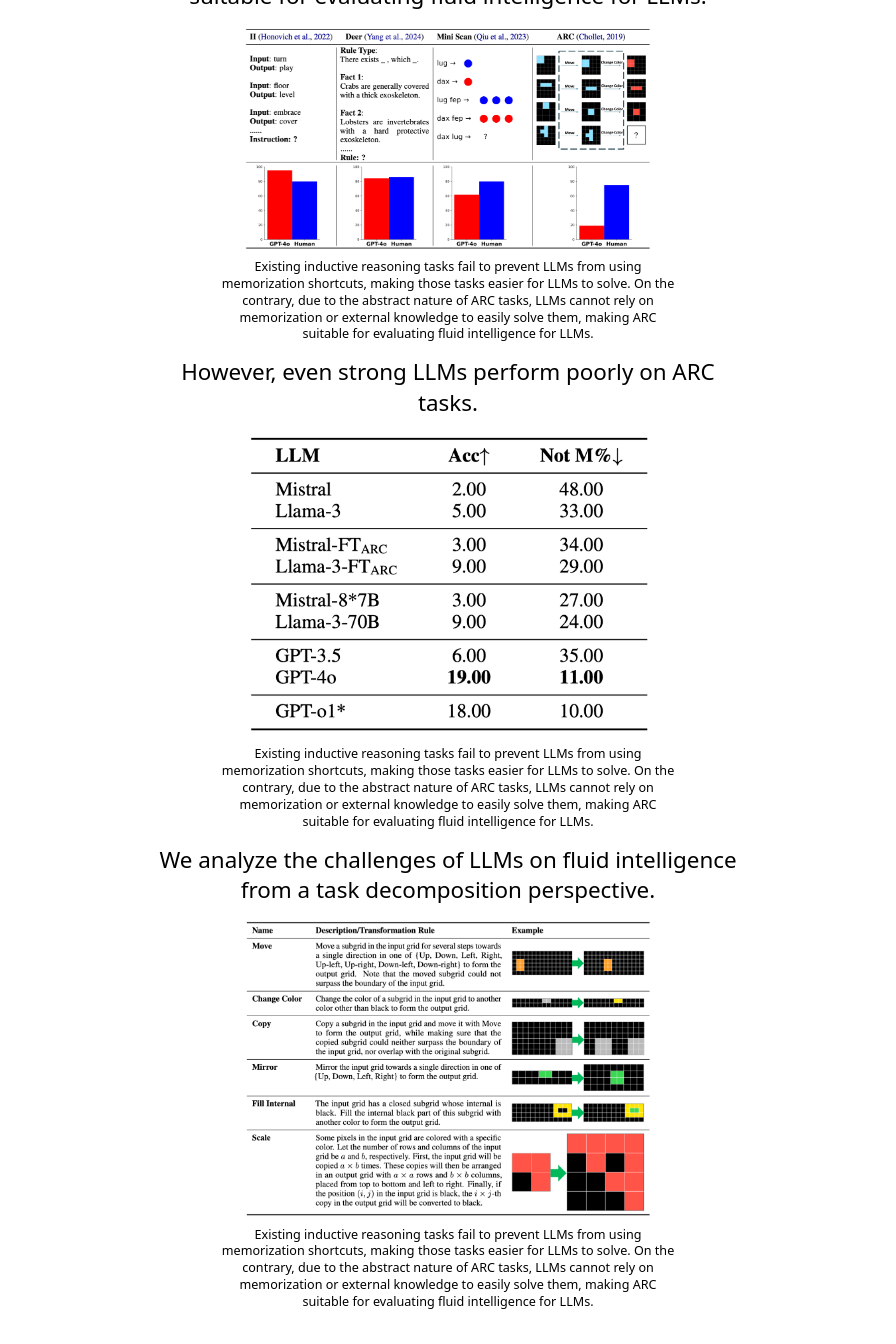
Repository: wujunjie1998/araoc-benchmark.github.io
Page: index.html
An editor plug-in stored every save of this project. The page is shown before and after the next save, followed by the edit.
The browser window is 1280 px wide. The pictures show the part of the page from y = 769 to 2689 px (the page is 2689 px tall before and 2641 px after), at 70% of full size.

Above is the page before, as saved 2025-02-07 22:17:46.

### index.html
<html>
  <head>
    <title>
      Understanding LLMs’ Fluid Intelligence Deficiency: An Analysis of the ARC Task
    </title>
    <link
      rel="icon"
      href="data:[embedded picture, 137 characters]"
    />
    <meta charset="UTF-8" />
    <meta name="viewport" content="width=device-width, initial-scale=1" />
    <link rel="stylesheet" href="./css/index.css" />
  </head>

  <body>
    <div class="header">
      <div class="paper-title">
        Understanding LLMs’ Fluid Intelligence Deficiency:
        <br />
        An Analysis of the ARC Task
      </div>
      <div>
        <!-- * Paper -->
        <span class="link-block">
          <a target="_blank" href="./paper.pdf"
            ><img
              class="badge"
              src="https://img.shields.io/badge/Paper-PDF-red?&labelColor=lightgray&logo=arxiv&logoColor=brown" /><img
          /></a>
        </span>
        <!-- * Dataset -->
        <!--
        <span class="link-block">
          <a
            target="_blank"
            href="https://huggingface.co/datasets/ShunchiZhang/PhysiCo/"
            ><img
              class="badge"
              src="https://img.shields.io/badge/HuggingFace-Dataset-yellow?labelColor=lightgray&logo=huggingface" /><img
          /></a>
        </span>
        -->

        <!-- * Code -->
         <!--
        <span class="link-block">
          <a target="_blank" href="https://github.com/physico-benchmark/physico"
            ><img
              class="badge"
              src="https://img.shields.io/badge/GitHub-Code-gray?labelColor=lightgray&logo=github&logoColor=gray" /><img /></a
        ></span>
        -->
        <!-- * Leaderboard -->
        <!--
        <span class="link-block">
          <a href="./leaderboard.html"
            ><img
              class="badge"
              src="https://img.shields.io/badge/Leaderboard-Visit-blue?labelColor=lightgray&logo=stackblitz&logoColor=367BAF" /><img /></a
        ></span>
        -->
        <!-- * X Threads -->
        <!--
        <span class="link-block">
          <a href="https://x.com/jieeijjie/status/1876713099752861782"
            ><img
              class="badge"
              src="https://img.shields.io/badge/Threads-black?labelColor=lightgray&logo=x&logoColor=gray" /><img /></a
        ></span>
        -->

      </div>
      <div>
        <div class="author-list">
          <span class="author-block"
            ><a href="https://wujunjie1998.github.io/">Junjie Wu</a
            ><sup>1</sup></span
          >
          <span class="author-block"
            ><a href="https://sites.google.com/site/moyunlp/">Mo Yu</a
            ><sup>2</sup></span
          >
          <span class="author-block"
            ><a href="https://lemaoliu.github.io">Lemao Liu</a
            ><sup>2</sup></span
          >
          <span class="author-block"
            ><a href="https://sites.google.com/view/dyyeung">Dit-Yan Yeung</a
            ><sup>1</sup></span
          >
          <span class="author-block"
            ><a href="https://openreview.net/profile?id=~Jie_Zhou8">Jie Zhou</a
            ><sup>2</sup></span
          >
        </div>
        <div class="inst-list">
          <span class="institution-block"><sup>1</sup> Hong Kong University of Science and Technology</span>
          <span class="institution-block"><sup>2</sup> WeChat AI</span>
        </div>
      </div>
    </div>
    <!--
    <div class="teaser">
      <center>
        <img src="./img/teaser.png" />
        <figcaption>
          Illustration of a "Stochastic Parrot 🦜" by our
          <span class="dataset-name">PhysiCo</span> task consisting of both
          <b style="color: #a47b48">low-level</b> and
          <b style="color: #153cf9">high-level</b> subtasks in parallel. For a
          concept <i>Gravity</i>, an LLM can generate its accurate description
          in natural language, but cannot interpret its grid-format
          illustration.
        </figcaption>
      </center>
    </div>
  -->
    <hr />

    <!-- ^ Summary of Our Research -->
    <center><h1>Summary of Our Research</h1></center>
    <div class="content">
      <!-- <p style="font-size: large; text-align: center">
        <b>TL;DR:</b>
      </p> -->
      <p>
        While LLMs have exhibited strong performance on various NLP tasks, it is noteworthy that most of these tasks rely on utilizing the vast amount of knowledge encoded in LLMs’ parameters, rather than solving new problems without prior knowledge. In cognitive research, the latter ability is referred to as <strong>fluid intelligence</strong>, which is considered to be critical for assessing human intelligence. Recent research on fluid intelligence assessments has highlighted significant deficiencies in LLMs’ abilities. In this paper, we analyze the challenges LLMs face in demonstrating fluid intelligence through controlled experiments, using the most representative ARC task as an example. Our study revealed three major limitations in existing LLMs:
      </p>
      <ol>
        <li>limited ability for skill composition;</li>
        <li>
          unfamiliarity with abstract input formats;
        </li>
        <li>
          the intrinsic deficiency of left-to-right decoding.
        </li>
      </ol>
    </div>

    <!-- ^ Physical Concepts Covered by `PhysiCo` -->
     <!--
    <center>
      <h1>
        Physical Concepts Covered by <span class="dataset-name">PhysiCo</span>
      </h1>
    </center>
    <div class="content narrower">
      <p>
        <strong>Core-Dev Set.</strong>&ensp;<span style="font-size: smaller">
          <span style="color: darkgray">acceleration</span>
          <span style="color: gray">buoyancy</span>
          <span style="color: darkgray">communicating vessels</span>
          <span style="color: gray">compression</span>
          <span style="color: darkgray">cut</span>
          <span style="color: gray">diffraction of waves</span>
          <span style="color: darkgray">diffuse reflection of light</span>
          <span style="color: gray">diffusion</span>
          <span style="color: darkgray">electricity</span>
          <span style="color: gray">expansion</span>
          <span style="color: darkgray">gravity</span>
          <span style="color: gray">inertia</span>
          <span style="color: darkgray">laser</span>
          <span style="color: gray">lever</span>
          <span style="color: darkgray">light imaging</span>
          <span style="color: gray">move</span>
          <span style="color: darkgray">nuclear fission</span>
          <span style="color: gray">nuclear fusion</span>
          <span style="color: darkgray">reference frame</span>
          <span style="color: gray">reflection</span>
          <span style="color: darkgray">refraction</span>
          <span style="color: gray">repulsive force</span>
          <span style="color: darkgray"
            >spectrum of light and optical filters</span
          >
          <span style="color: gray">surface tension</span>
          <span style="color: darkgray">vortex</span>
          <span style="color: gray">wave</span>
          <span style="color: darkgray">wave interference</span></span
        >
      </p>
      <p>
        <strong>Core-Test Set.</strong>&ensp;<span style="font-size: smaller">
          <span style="color: darkgray">Bernoulli effect</span>
          <span style="color: gray">Brownian motion</span>
          <span style="color: darkgray">atmospheric pressure</span>
          <span style="color: gray">doppler effect</span>
          <span style="color: darkgray">elastic force</span>
          <span style="color: gray">electromagnetic wave</span>
          <span style="color: darkgray">energy conservation</span>
          <span style="color: gray">fictitious force</span>
          <span style="color: darkgray">fluid pressure</span>
          <span style="color: gray">force composition</span>
          <span style="color: darkgray">friction</span>
          <span style="color: gray">heat conduction</span>
          <span style="color: darkgray">inclined plane</span>
          <span style="color: gray">lifting</span>
          <span style="color: darkgray">lighting</span>
          <span style="color: gray">melting</span>
          <span style="color: darkgray">oscillation</span>
          <span style="color: gray">photoelectric effect</span>
          <span style="color: darkgray">pulley</span>
          <span style="color: gray">relativity</span>
          <span style="color: darkgray">resonance</span>
          <span style="color: gray">siphon</span>
          <span style="color: darkgray">splashing</span>
          <span style="color: gray">thermal expansion and contraction</span>
          <span style="color: darkgray">vaporization</span></span
        >
      </p>
      <p>
        <strong>Associative-Test Set.</strong>&ensp;<span
          style="font-size: smaller"
        >
          <span style="color: darkgray">change of reference frame</span>
          <span style="color: gray">chemical bond</span>
          <span style="color: darkgray">compression</span>
          <span style="color: gray">diffusion</span>
          <span style="color: darkgray">expansion</span>
          <span style="color: gray">explosion</span>
          <span style="color: darkgray">gravity</span>
          <span style="color: gray">laser</span>
          <span style="color: darkgray">long exposure</span>
          <span style="color: gray">lumination</span>
          <span style="color: darkgray">magnet</span>
          <span style="color: gray">mirror</span>
          <span style="color: darkgray">move</span>
          <span style="color: gray">nuclear fission</span>
          <span style="color: darkgray">nuclear fusion</span>
          <span style="color: gray">optical filter</span>
          <span style="color: darkgray">polarization of light</span>
          <span style="color: gray">projection</span>
          <span style="color: darkgray">reflection</span>
          <span style="color: gray">rotation</span>
          <span style="color: darkgray">squeeze</span>
          <span style="color: gray">vacuum</span>
          <span style="color: darkgray">vortex</span>
          <span style="color: gray">water ripples</span>
          <span style="color: darkgray">wave</span>
          <span style="color: gray">wave interference</span>
          <span style="color: darkgray">wetting</span>
          <span style="color: gray">zoom in</span>
          <span style="color: darkgray">zoom out</span></span
        >
      </p>
    </div>
  -->
    <!-- ^ Our Studies and Findings -->
    <center><h1>The Abstraction and Reasoning Challenge (ARC) is suitable for evaluating fluid intelligence for LLMs.</h1></center>
    <div class="content">
      <!-- <p>Foo Bar</p> -->
      <center>
        <img src="./img/fluid1.png" width="70%" />
        <figcaption style="text-align: center">
          Existing inductive reasoning tasks fail to prevent LLMs from using memorization shortcuts, making those tasks easier for LLMs to solve. On the contrary, due to the abstract nature of ARC tasks, LLMs cannot rely on memorization or external knowledge to easily solve them, making ARC suitable for evaluating fluid intelligence for LLMs.
        </figcaption>
      </center>
    </div>


    <!-- ^ Our Studies and Findings -->
    <center><h1>However, even strong LLMs perform poorly on ARC tasks.</h1></center>
    <div class="content">
      <!-- <p>Foo Bar</p> -->
      <center>
        <img src="./img/fluid2.png" width="70%" />
        <figcaption style="text-align: center">
          Existing inductive reasoning tasks fail to prevent LLMs from using memorization shortcuts, making those tasks easier for LLMs to solve. On the contrary, due to the abstract nature of ARC tasks, LLMs cannot rely on memorization or external knowledge to easily solve them, making ARC suitable for evaluating fluid intelligence for LLMs.
        </figcaption>
      </center>
    </div>

    <!-- ^ Our Studies and Findings -->
    <center><h1>We analyze the challenges of LLMs on fluid intelligence from a task decomposition perspective. </h1></center>
    <div class="content">
      <!-- <p>Foo Bar</p> -->
      <center>
        <img src="./img/fluid3.png" width="70%" />
        <figcaption style="text-align: center">
          Existing inductive reasoning tasks fail to prevent LLMs from using memorization shortcuts, making those tasks easier for LLMs to solve. On the contrary, due to the abstract nature of ARC tasks, LLMs cannot rely on memorization or external knowledge to easily solve them, making ARC suitable for evaluating fluid intelligence for LLMs.
        </figcaption>
      </center>
    </div>

  </body>
</html>

### css/index.css
@import url("https://fonts.googleapis.com/css2?family=Noto+Sans:ital,wght@0,100..900;1,100..900&display=swap");

body {
  font-family: "Noto Sans", sans-serif;
  font-optical-sizing: auto;
  font-style: normal;
  font-variation-settings: "wdth" 100;
  font-weight: 400;
  font-size: 18px;
  margin: 50px auto;
  width: 65%;
}

div.header,
div.teaser,
div.content {
  margin-left: auto;
  margin-right: auto;
}

div.narrower {
  width: 80% !important;
}

div.header div {
  margin: 6px;
  text-align: center;
}

div.teaser img {
  max-width: 60%;
}

.paper-title {
  font-size: 36px;
}

.author-block {
  font-size: 20px;
  margin: 0px 12px;
}

.institution-block {
  font-size: 16px;
  margin: 0px 10px;
}

.note-block {
  color: gray;
  font-size: 16px;
}

.link-block {
  font-size: 24px;
  font-weight: bold;
  margin: 0px 5px;
}

.badge {
  width: auto;
  height: 2vw;
}

.dataset-name {
  font-weight: bold;
  color: #81a526;
}

h1 {
  font-size: 32px;
  font-weight: 300;
}

.disclaimerbox {
  background-color: #eee;
  border: 1px solid #eeeeee;
  border-radius: 10px;
  -moz-border-radius: 10px;
  -webkit-border-radius: 10px;
  padding: 20px;
}

video.header-vid {
  height: 140px;
  border: 1px solid black;
  border-radius: 10px;
  -moz-border-radius: 10px;
  -webkit-border-radius: 10px;
}

figcaption {
  margin: 10px 0px;
  width: 80%;
  text-align: left;
}

img.header-img {
  height: 140px;
  border: 1px solid black;
  border-radius: 10px;
  -moz-border-radius: 10px;
  -webkit-border-radius: 10px;
}

img.rounded {
  border: 1px solid #eeeeee;
  border-radius: 10px;
  -moz-border-radius: 10px;
  -webkit-border-radius: 10px;
}

a:link,
a:visited {
  color: #1367a7;
  text-decoration: none;
}
a:hover {
  color: #208799;
}

td.dl-link {
  height: 160px;
  text-align: center;
  font-size: 22px;
}

.vert-cent {
  position: relative;
  top: 50%;
  transform: translateY(-50%);
}

hr {
  border: 0;
  height: 1px;
  background-image: linear-gradient(
    to right,
    rgba(0, 0, 0, 0),
    rgba(0, 0, 0, 0.75),
    rgba(0, 0, 0, 0)
  );
}

.citation {
  text-align: left;
  font-family: monospace;
  font-size: 8pt;
  text-wrap: auto;
}

@media screen and (max-width: 1120px) {
  body {
    font-size: 16px;
    width: 90%;
  }
  div.teaser img {
    max-width: 100%;
  }
  .paper-title {
    font-size: 26px;
  }
  .author-block,
  .institution-block,
  .note-block {
    font-size: 14px;
  }
  .link-block {
    font-size: 20px;
  }
  .badge {
    width: auto;
    height: 28px;
    margin-top: 3px;
    margin-bottom: 3px;
  }
  h1 {
    font-size: 26px;
  }
}

After the next save:
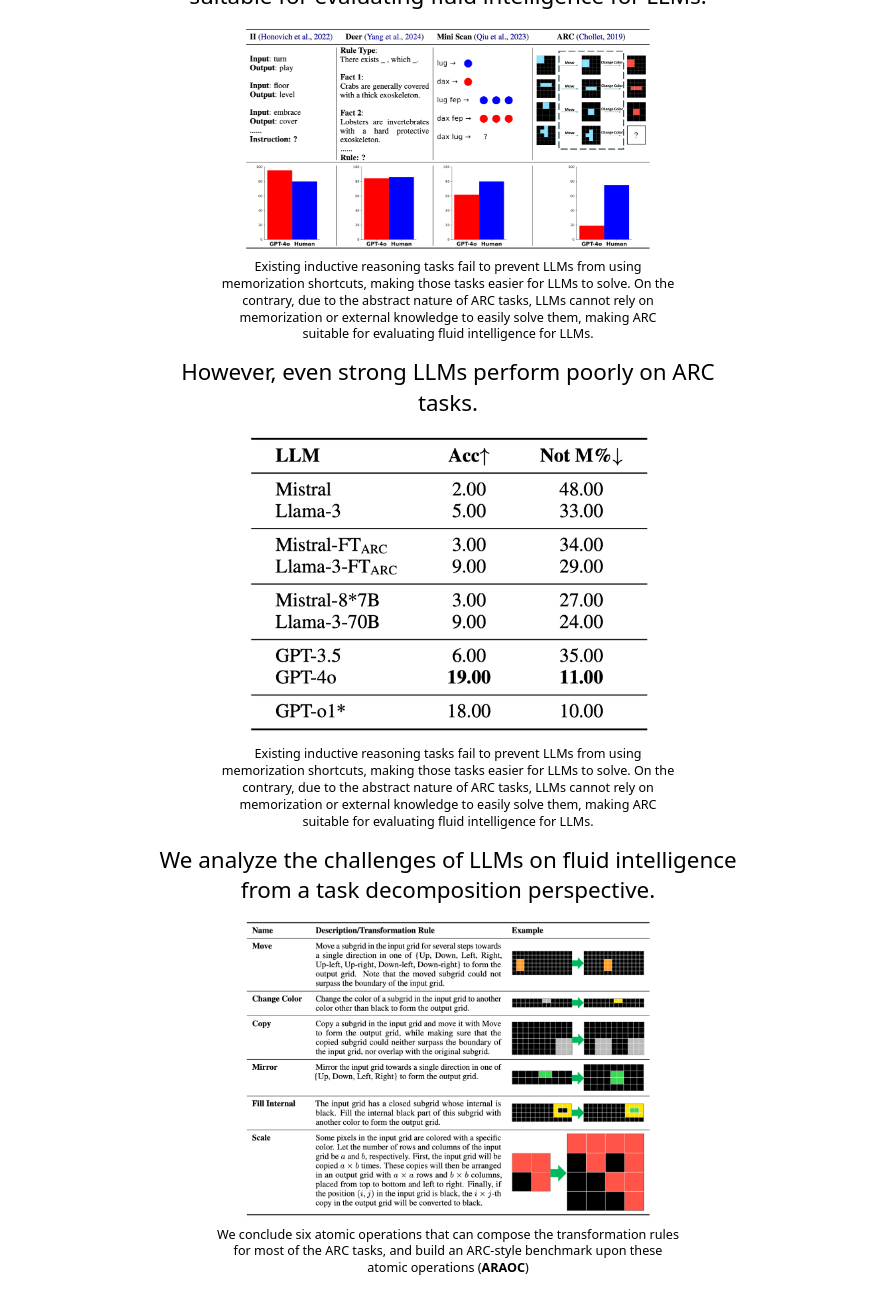
Saved 98 s later.
--- a/index.html
+++ b/index.html
@@ -137,113 +137,7 @@
       </ol>
     </div>
 
-    <!-- ^ Physical Concepts Covered by `PhysiCo` -->
-     <!--
-    <center>
-      <h1>
-        Physical Concepts Covered by <span class="dataset-name">PhysiCo</span>
-      </h1>
-    </center>
-    <div class="content narrower">
-      <p>
-        <strong>Core-Dev Set.</strong>&ensp;<span style="font-size: smaller">
-          <span style="color: darkgray">acceleration</span>
-          <span style="color: gray">buoyancy</span>
-          <span style="color: darkgray">communicating vessels</span>
-          <span style="color: gray">compression</span>
-          <span style="color: darkgray">cut</span>
-          <span style="color: gray">diffraction of waves</span>
-          <span style="color: darkgray">diffuse reflection of light</span>
-          <span style="color: gray">diffusion</span>
-          <span style="color: darkgray">electricity</span>
-          <span style="color: gray">expansion</span>
-          <span style="color: darkgray">gravity</span>
-          <span style="color: gray">inertia</span>
-          <span style="color: darkgray">laser</span>
-          <span style="color: gray">lever</span>
-          <span style="color: darkgray">light imaging</span>
-          <span style="color: gray">move</span>
-          <span style="color: darkgray">nuclear fission</span>
-          <span style="color: gray">nuclear fusion</span>
-          <span style="color: darkgray">reference frame</span>
-          <span style="color: gray">reflection</span>
-          <span style="color: darkgray">refraction</span>
-          <span style="color: gray">repulsive force</span>
-          <span style="color: darkgray"
-            >spectrum of light and optical filters</span
-          >
-          <span style="color: gray">surface tension</span>
-          <span style="color: darkgray">vortex</span>
-          <span style="color: gray">wave</span>
-          <span style="color: darkgray">wave interference</span></span
-        >
-      </p>
-      <p>
-        <strong>Core-Test Set.</strong>&ensp;<span style="font-size: smaller">
-          <span style="color: darkgray">Bernoulli effect</span>
-          <span style="color: gray">Brownian motion</span>
-          <span style="color: darkgray">atmospheric pressure</span>
-          <span style="color: gray">doppler effect</span>
-          <span style="color: darkgray">elastic force</span>
-          <span style="color: gray">electromagnetic wave</span>
-          <span style="color: darkgray">energy conservation</span>
-          <span style="color: gray">fictitious force</span>
-          <span style="color: darkgray">fluid pressure</span>
-          <span style="color: gray">force composition</span>
-          <span style="color: darkgray">friction</span>
-          <span style="color: gray">heat conduction</span>
-          <span style="color: darkgray">inclined plane</span>
-          <span style="color: gray">lifting</span>
-          <span style="color: darkgray">lighting</span>
-          <span style="color: gray">melting</span>
-          <span style="color: darkgray">oscillation</span>
-          <span style="color: gray">photoelectric effect</span>
-          <span style="color: darkgray">pulley</span>
-          <span style="color: gray">relativity</span>
-          <span style="color: darkgray">resonance</span>
-          <span style="color: gray">siphon</span>
-          <span style="color: darkgray">splashing</span>
-          <span style="color: gray">thermal expansion and contraction</span>
-          <span style="color: darkgray">vaporization</span></span
-        >
-      </p>
-      <p>
-        <strong>Associative-Test Set.</strong>&ensp;<span
-          style="font-size: smaller"
-        >
-          <span style="color: darkgray">change of reference frame</span>
-          <span style="color: gray">chemical bond</span>
-          <span style="color: darkgray">compression</span>
-          <span style="color: gray">diffusion</span>
-          <span style="color: darkgray">expansion</span>
-          <span style="color: gray">explosion</span>
-          <span style="color: darkgray">gravity</span>
-          <span style="color: gray">laser</span>
-          <span style="color: darkgray">long exposure</span>
-          <span style="color: gray">lumination</span>
-          <span style="color: darkgray">magnet</span>
-          <span style="color: gray">mirror</span>
-          <span style="color: darkgray">move</span>
-          <span style="color: gray">nuclear fission</span>
-          <span style="color: darkgray">nuclear fusion</span>
-          <span style="color: gray">optical filter</span>
-          <span style="color: darkgray">polarization of light</span>
-          <span style="color: gray">projection</span>
-          <span style="color: darkgray">reflection</span>
-          <span style="color: gray">rotation</span>
-          <span style="color: darkgray">squeeze</span>
-          <span style="color: gray">vacuum</span>
-          <span style="color: darkgray">vortex</span>
-          <span style="color: gray">water ripples</span>
-          <span style="color: darkgray">wave</span>
-          <span style="color: gray">wave interference</span>
-          <span style="color: darkgray">wetting</span>
-          <span style="color: gray">zoom in</span>
-          <span style="color: darkgray">zoom out</span></span
-        >
-      </p>
-    </div>
-  -->
+
     <!-- ^ Our Studies and Findings -->
     <center><h1>The Abstraction and Reasoning Challenge (ARC) is suitable for evaluating fluid intelligence for LLMs.</h1></center>
     <div class="content">
@@ -276,7 +170,7 @@
       <center>
         <img src="./img/fluid3.png" width="70%" />
         <figcaption style="text-align: center">
-          Existing inductive reasoning tasks fail to prevent LLMs from using memorization shortcuts, making those tasks easier for LLMs to solve. On the contrary, due to the abstract nature of ARC tasks, LLMs cannot rely on memorization or external knowledge to easily solve them, making ARC suitable for evaluating fluid intelligence for LLMs.
+          We conclude six atomic operations that can compose the transformation rules for most of the ARC tasks, and build an ARC-style benchmark upon these atomic operations (<strong>ARAOC</strong>)
         </figcaption>
       </center>
     </div>
